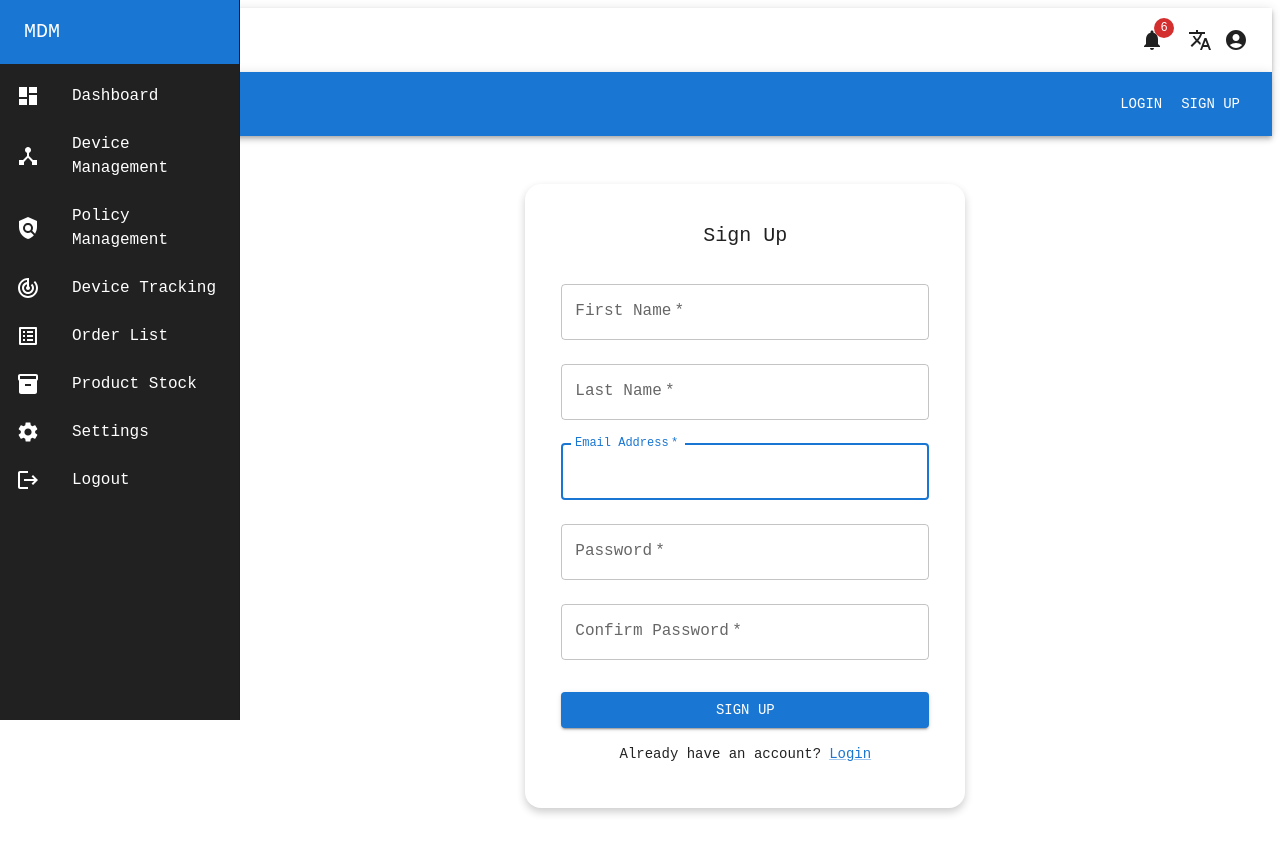
Repository: aalsbr/MDM_FRONTEND
Page: /signup
The author's editor kept a copy of each file at every save. The page is drawn from the files as they stood at one save, then again after a run of saves.
The browser window is 1280 px wide. The pictures show the whole page.
The project was rebuilt for these pictures with package versions that can differ from the ones it lists, and the page was loaded fresh each time. Also part of the build but not shown: src/screens/Dashboard.js, src/screens/DeviceManagement.js, src/screens/PolicyManagement.js, src/screens/DeviceTracking.js, src/screens/OrderList.js, src/screens/ProductStock.js, src/screens/Settings.js, src/screens/LogOff.js and 2 more.

Above is the page before, as saved 2024-04-29 22:27:21.

After the next 2 saves:
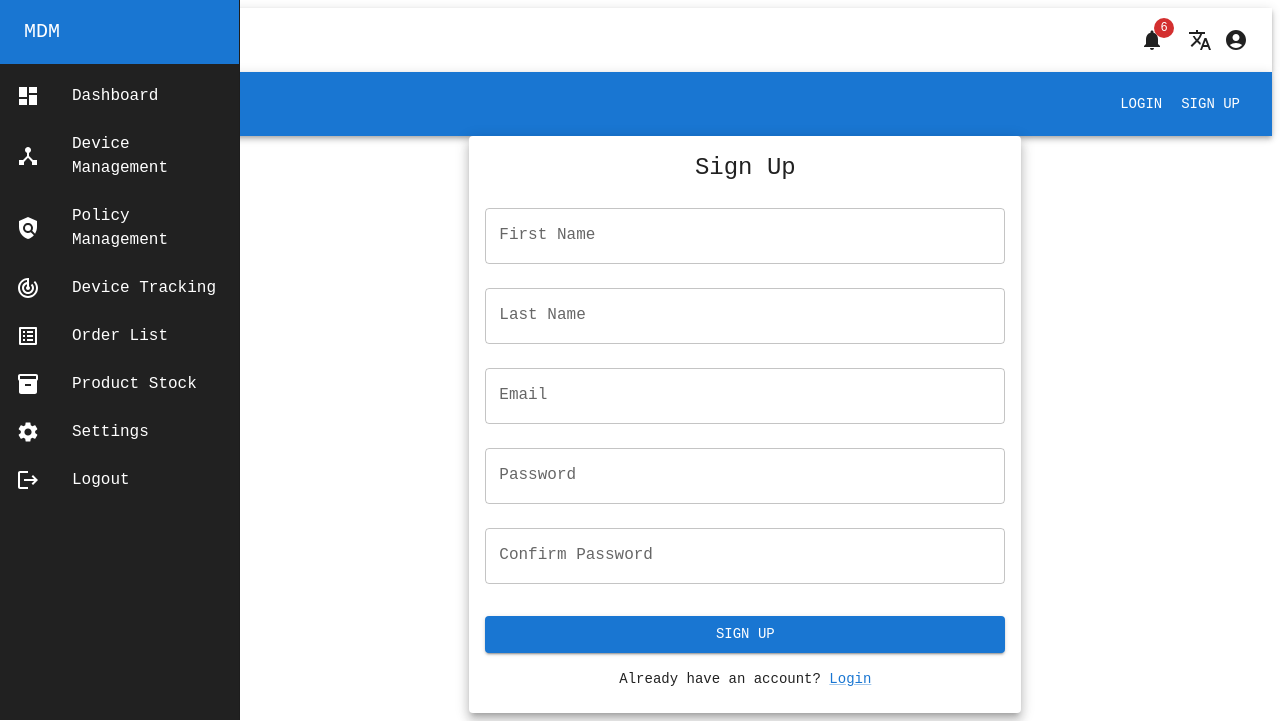
The 2 saves are shown as one change because 1 did not build or start.
The last was saved 105 s later.
--- a/src/screens/SignupForm.js
+++ b/src/screens/SignupForm.js
@@ -1,7 +1,7 @@
 import React, { useState } from 'react';
 import { Button, TextField, Card, CardContent, Container, Typography, Link, Snackbar } from '@mui/material';
 import { blue } from '@mui/material/colors';
-import { Link as RouterLink } from 'react-router-dom';
+import { Link as RouterLink, useNavigate } from 'react-router-dom';
 import MuiAlert from '@mui/material/Alert';
 
 function Alert(props) {
@@ -16,6 +16,7 @@ function SignupForm({ onSignup }) {
   const [lastName, setLastName] = useState('');
   const [open, setOpen] = useState(false);
   const [errorMessage, setErrorMessage] = useState('');
+  const navigate = useNavigate();
 
   const handleSubmit = async (event) => {
     event.preventDefault();
@@ -40,6 +41,7 @@ function SignupForm({ onSignup }) {
         setOpen(true);
       } else {
         onSignup({ email, password });
+        navigate('/login'); // Redirect to login page on successful signup
       }
     } else {
       setErrorMessage("Passwords don't match!");
@@ -56,81 +58,52 @@ function SignupForm({ onSignup }) {
   };
 
   return (
-    <Container maxWidth="100%" maxhight="100%" sx={{
-      display: 'flex', justifyContent: 'center', alignItems: 'center', height: '100vh',
-    }}>
-      <Card raised sx={{
-        maxWidth: 400,
-        padding: '20px',
-        borderRadius: '16px',
-        boxShadow: '0 4px 8px 0 rgba(0,0,0,0.2)',
-        textAlign: 'center'
-      }}>
+    <Container maxWidth="sm">
+      <Card raised>
         <CardContent>
-          <Typography variant="h6" sx={{ mb: 2 }}>Sign Up</Typography>
-          <form onSubmit={handleSubmit} noValidate>
+          <Typography variant="h5" align="center" gutterBottom>
+            Sign Up
+          </Typography>
+          <form onSubmit={handleSubmit}>
             <TextField
+              label="First Name"
               variant="outlined"
               margin="normal"
-              required
               fullWidth
-              id="firstName"
-              label="First Name"
-              name="firstName"
-              autoComplete="firstName"
-              autoFocus
               value={firstName}
               onChange={(e) => setFirstName(e.target.value)}
             />
             <TextField
+              label="Last Name"
               variant="outlined"
               margin="normal"
-              required
               fullWidth
-              id="lastName"
-              label="Last Name"
-              name="lastName"
-              autoComplete="lastName"
-              autoFocus
               value={lastName}
               onChange={(e) => setLastName(e.target.value)}
             />
             <TextField
+              label="Email"
               variant="outlined"
               margin="normal"
-              required
               fullWidth
-              id="email"
-              label="Email Address"
-              name="email"
-              autoComplete="email"
-              autoFocus
               value={email}
               onChange={(e) => setEmail(e.target.value)}
             />
             <TextField
+              label="Password"
               variant="outlined"
               margin="normal"
-              required
               fullWidth
-              name="password"
-              label="Password"
               type="password"
-              id="password"
-              autoComplete="new-password"
               value={password}
               onChange={(e) => setPassword(e.target.value)}
             />
             <TextField
+              label="Confirm Password"
               variant="outlined"
               margin="normal"
-              required
               fullWidth
-              name="confirmPassword"
-              label="Confirm Password"
               type="password"
-              id="confirmPassword"
-              autoComplete="new-password"
               value={confirmPassword}
               onChange={(e) => setConfirmPassword(e.target.value)}
             />
@@ -143,13 +116,10 @@ function SignupForm({ onSignup }) {
             >
               Sign Up
             </Button>
-            <Typography variant="body2" align="center">
-              Already have an account?
-              <Link component={RouterLink} to="/login" sx={{ display: 'inline', ml: 1 }}>
-                Login
-              </Link>
-            </Typography>
           </form>
+          <Typography variant="body2" align="center">
+            Already have an account? <Link component={RouterLink} to="/login">Login</Link>
+          </Typography>
         </CardContent>
       </Card>
       <Snackbar open={open} autoHideDuration={6000} onClose={handleClose}>
